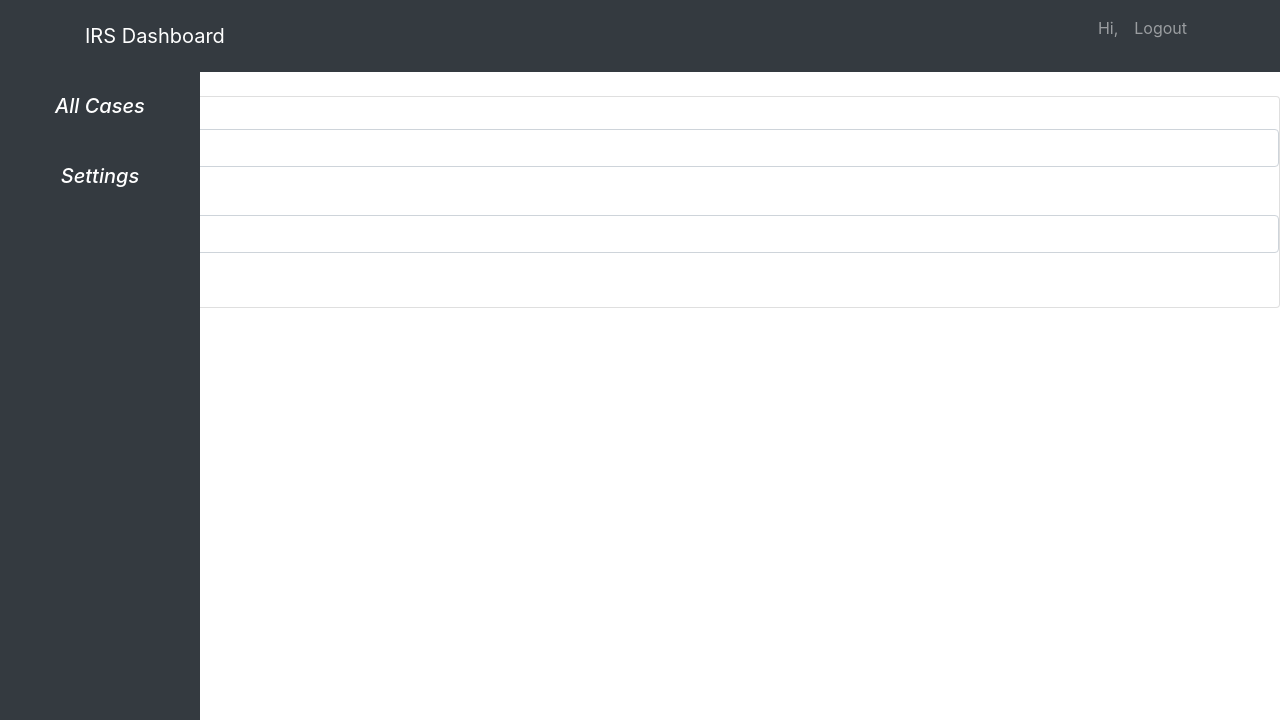
Repository: greeshmavyas/IRS_CS
Page: /updateProfile (app in AgentManagement/Frontend/)
These files come from the project's save history. The page is drawn as it stood at one moment and after the next save; the edit follows.
The browser window is 1280 px wide. The pictures show the whole page.
The page's requests for data from a server got no answer. Some web libraries are served in a nearby version. The project was rebuilt for these pictures with package versions that can differ from the ones it lists, and the page was loaded fresh each time. No one was signed in, and anything a server would have sent is missing. Also part of the build but not shown: AgentManagement/Frontend/src/components/NavbarLogin.js, AgentManagement/Frontend/src/components/login.js, AgentManagement/Frontend/src/components/Dashboard.js, AgentManagement/frontend/src/App.css.

Above is the page before, as saved 2020-11-05 21:28:46.

### AgentManagement/frontend/public/index.html
<!DOCTYPE html>
<html lang="en">
  <head>
    <meta charset="utf-8" />
    <link rel="icon" href="%PUBLIC_URL%/favicon.ico" />
    <meta name="viewport" content="width=device-width, initial-scale=1" />
    <meta name="theme-color" content="#000000" />
    <meta
      name="description"
      content="Web site created using create-react-app"
    />
    <link rel="apple-touch-icon" href="%PUBLIC_URL%/logo192.png" />
    <!--
      manifest.json provides metadata used when your web app is installed on a
      user's mobile device or desktop. See https://developers.google.com/web/fundamentals/web-app-manifest/
    -->
    <link rel="manifest" href="%PUBLIC_URL%/manifest.json" />
    <link rel="stylesheet" href="https://stackpath.bootstrapcdn.com/bootstrap/4.4.1/css/bootstrap.min.css"
      integrity="sha384-Vkoo8x4CGsO3+Hhxv8T/Q5PaXtkKtu6ug5TOeNV6gBiFeWPGFN9MuhOf23Q9Ifjh" crossorigin="anonymous">
    <script src="https://kit.fontawesome.com/db1fc867ad.js" crossorigin="anonymous"></script>
    <!--
      Notice the use of %PUBLIC_URL% in the tags above.
      It will be replaced with the URL of the `public` folder during the build.
      Only files inside the `public` folder can be referenced from the HTML.

      Unlike "/favicon.ico" or "favicon.ico", "%PUBLIC_URL%/favicon.ico" will
      work correctly both with client-side routing and a non-root public URL.
      Learn how to configure a non-root public URL by running `npm run build`.
    -->
    <title>React App</title>
  </head>
  <body>
    <noscript>You need to enable JavaScript to run this app.</noscript>
    <div id="root"></div>
    <script src="https://code.jquery.com/jquery-3.4.1.slim.min.js"
      integrity="sha384-J6qa4849blE2+poT4WnyKhv5vZF5SrPo0iEjwBvKU7imGFAV0wwj1yYfoRSJoZ+n" crossorigin="anonymous"></script>
    <script src="https://cdn.jsdelivr.net/npm/popper.js@1.16.0/dist/umd/popper.min.js"
      integrity="sha384-Q6E9RHvbIyZFJoft+2mJbHaEWldlvI9IOYy5n3zV9zzTtmI3UksdQRVvoxMfooAo" crossorigin="anonymous"></script>
    <script src="https://stackpath.bootstrapcdn.com/bootstrap/4.4.1/js/bootstrap.min.js"
      integrity="sha384-wfSDF2E50Y2D1uUdj0O3uMBJnjuUD4Ih7YwaYd1iqfktj0Uod8GCExl3Og8ifwB6" crossorigin="anonymous"></script>
    <!--
      This HTML file is a template.
      If you open it directly in the browser, you will see an empty page.

      You can add webfonts, meta tags, or analytics to this file.
      The build step will place the bundled scripts into the <body> tag.

      To begin the development, run `npm start` or `yarn start`.
      To create a production bundle, use `npm run build` or `yarn build`.
    -->
  </body>
</html>

### AgentManagement/Frontend/src/App.js
import React from 'react';
import { BrowserRouter } from 'react-router-dom';
import Main from "./Main"
import './App.css';

function App() {
  return (
    <div>
      <BrowserRouter>
        <Main />
      </BrowserRouter>
    </div>
  );
}

export default App;

### AgentManagement/Frontend/src/Main.js
import React, { Component } from 'react';
import { Route } from 'react-router-dom';
import login from './components/login';
import Dashboard from './components/Dashboard';
import updateProfile from './components/updateProfile';

 class Main extends Component {
    render() {
        return (
          <div>
            <Route exact path="/" component={login} />
            <Route exact path="/AgentDashboard" component={Dashboard} />
            <Route exact path="/updateProfile" component={updateProfile} />
          </div>
        );
    }
}

export default Main;

### AgentManagement/Frontend/src/components/updateProfile.js
import React, { Component } from 'react'
import Sidebar from './Sidebar';
import Button from 'react-bootstrap/Button'
import Form from 'react-bootstrap/Form'
import Card from 'react-bootstrap/Card'
import NavbarDash from "./NavbarDash";
import axios from 'axios';
import config from '../config/settings'
import { Row, Col } from 'react-foundation';



export default class Settings extends Component {
  constructor(props) {
    super(props)
    this.state = {
      message: '',
      phoneNumber: '',
      password: '',
      updateDone: false,
    }
    this.updateProfile = this.updateProfile.bind(this);
  }

  componentWillMount() {
    var agentID = localStorage.getItem("agentID");
    var organisationID = localStorage.getItem("organisationID")
    console.log("agentID  " + agentID)
    let data = {
      agentID: agentID,
      organisationID: organisationID
    };
      axios({
        method: 'get',
        url: 'http://' + config.hostname + ':' + config.backendPort + '/getProfile',
        params: data,
      })
        .then((response) => {
          if (response.status === 200) {
            let agentDetails = response.data.agent;
            console.log("agentDetails")
            console.log(agentDetails)
              this.setState({
                password: agentDetails.password,
                phoneNumber: agentDetails.phoneNumber
              });

          } else {
            console.log("unable to get agent details")
          }
        }).catch(function (err) {
          console.log(err)
        });


  }

  updateProfile = async (event) => {
    event.preventDefault();
    var agentID = localStorage.getItem("agentID");
    var organisationID = localStorage.getItem("organisationID")
    console.log("agentID  " + agentID)
    let data = {
      agentID: agentID,
      organisationID: organisationID,
      phoneNumber: this.state.phoneNumber,
      password: this.state.password
    };
    axios({
      method: 'post',
      url: 'http://' + config.hostname + ':' + config.backendPort + '/updateProfile',
      params: data
  }).then((response) => {
    if (response.status == 500) {
        throw new Error("Bad response from server");
    }else{
      console.log(response);
    }

})
.catch(function (err) {
    console.log(err)
});
this.setState({
    updateDone: true,
})


  }
  render() {
      console.log("after");
      console.log(this.state);
    return (
      <div>
        <Sidebar />
        <NavbarDash />
        <Card>
        <Form onSubmit={this.updateProfile}>
                    <Form.Group controlId="formBasicPhone">
                        <Form.Label>Phone Number</Form.Label>
                        <Form.Control type="text" name="phoneNumber" defaultValue={this.state.phoneNumber} required readOnly={this.state.readonly} />
                    </Form.Group>

                    <Form.Group controlId="formBasicEmailId">
                        <Form.Label>Password</Form.Label>
                        <Form.Control type="password" name="password" defaultValue={this.state.password} required readOnly={this.state.readonly} />
                    </Form.Group>

                    <Button variant="primary" type="submit">
                        Update Profile
                     </Button>
                </Form>
                </Card>

      </div>
    )
  }
}

### AgentManagement/Frontend/src/config/settings.js
module.exports = {
    "hostname": "localhost",
    "backendPort": 3001,
    'frontendHostName': 'localhost',
    'frontendPort': 3000,
};

### AgentManagement/Frontend/src/components/NavbarDash.js
import React, { Component } from 'react';

class NavbarDash extends Component {

  handleLogout = () => {
    window.localStorage.clear();
  };

  render() {
    return (
      <nav className="navbar navbar-expand-sm navbar-dark bg-dark mb-4">
        <div className="container">
          <a className="navbar-brand" href="/AgentDashboard">
            IRS Dashboard
          </a>
          <button
            className="navbar-toggler"
            type="button"
            data-toggle="collapse"
            data-target="#mobile-nav"
          >
            <span className="navbar-toggler-icon"></span>
          </button>

          <div className="collapse navbar-collapse" id="mobile-nav">

            <ul className="navbar-nav ml-auto">
              <li className="nav-item">
                <p className="nav-link" >
                  Hi, {localStorage.getItem("firstname")}
                </p>
              </li>
              <li className="nav-item">
                <a className="nav-link" href="/" onClick={this.handleLogout}>
                  Logout
                </a>
              </li>
            </ul>
          </div>
        </div>
      </nav>
    );
  }
}

export default NavbarDash;

### AgentManagement/Frontend/src/components/Sidebar.js
import React from 'react';
import styled from 'styled-components';
import { BrowserRouter as Router, Route, Link, withRouter } from "react-router-dom";

const StyledSideNav = styled.div`
    position: fixed;     /* Fixed Sidebar (stay in place on scroll and position relative to viewport) */
    height: 100%;
    width: 200px;     /* Set the width of the sidebar */
    z-index: 1;      /* Stay on top of everything */
    top: 3.4em;      /* Stay at the top */
    background-color: #343a40; /* Black */
    overflow-x: hidden;     /* Disable horizontal scroll */
    padding-top: 40px;
    font-style: oblique;
`;

class SideNav extends React.Component {
    constructor(props) {
        super(props);
        this.state = {
            activePath: props.location.pathname,
            items: [
                {
                  path: '/dashboard', /* path is used as id to check which NavItem is active basically */
                  name: 'All Cases',
                  key: 1 /* Key is required, else console throws error. Does this please you Mr. Browser?! */
                },
                {
                    path: '/updateProfile',
                    name: 'Settings',
                    key: 2
                  },
              ]
        }
    }

    onItemClick = (path) => {
        this.setState({ activePath: path });
    }

    render() {
        const { items, activePath } = this.state;
        return(
            <StyledSideNav>
                {
                    items.map((item) => {
                        return (
                            <NavItem
                                path={item.path}
                                name={item.name}
                                onItemClick={this.onItemClick}
                                active={item.path === activePath}
                                key={item.key}
                            />
                        );
                    })
                }
            </StyledSideNav>
        );
    }
}

const RouterSideNav = withRouter(SideNav);

const StyledNavItem = styled.div`
    height: 70px;
    width: 200px; /* width must be same size as NavBar to center */
    text-align: center; /* Aligns <a> inside of NavIcon div */
    margin-bottom: 0;   /* Puts space between NavItems */
    a {
        font-size: 2.7em;
        color: ${(props) => props.active ? "white" : "#FFFFFF"};
        :hover {
            opacity: 0.7;
            text-decoration: none; /* Gets rid of underlining of icons */
        }
    }
`;

class NavItem extends React.Component {
    handleClick = () => {
        const { path, onItemClick } = this.props;
        onItemClick(path);
    }

    render() {
        const { active } = this.props;
        return(

            <StyledNavItem active={active}>

                <Link to={this.props.path}   className={this.props.name} onClick={this.handleClick}>

                    <NavIcon> <h5 color = "#FFFFFF" >{this.props.name}</h5></NavIcon>
                </Link>
            </StyledNavItem>
        );
    }
}

const NavIcon = styled.div`
`;

export default class Sidebar extends React.Component {
    render() {
        return (
            <RouterSideNav></RouterSideNav>
        );
    }
}

Loaded but not shown: AgentManagement/Frontend/src/index.js (common file); AgentManagement/frontend/src/index.css (common file); AgentManagement/frontend/src/serviceWorker.js (common file)

After the next save:
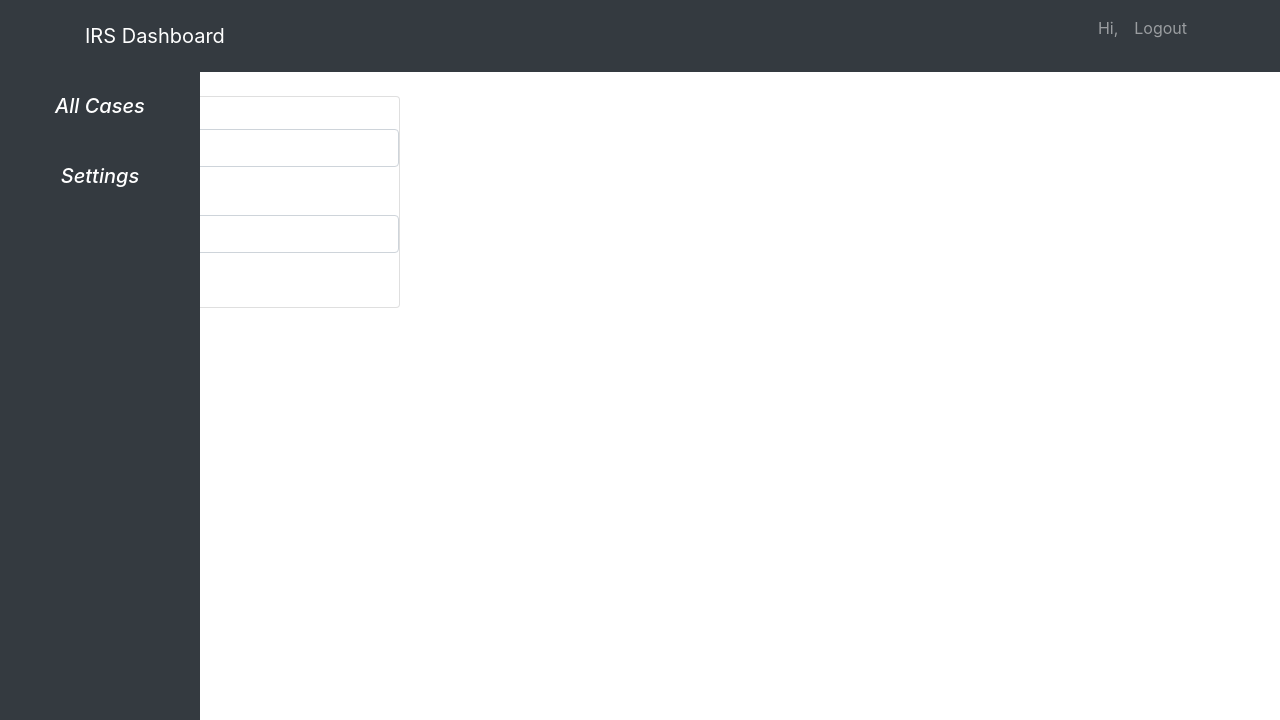
Saved 20 s later.
--- a/AgentManagement/Frontend/src/components/updateProfile.js
+++ b/AgentManagement/Frontend/src/components/updateProfile.js
@@ -94,7 +94,7 @@ this.setState({
       <div>
         <Sidebar />
         <NavbarDash />
-        <Card>
+        <Card style={{ width: '25rem' }}>
         <Form onSubmit={this.updateProfile}>
                     <Form.Group controlId="formBasicPhone">
                         <Form.Label>Phone Number</Form.Label>
